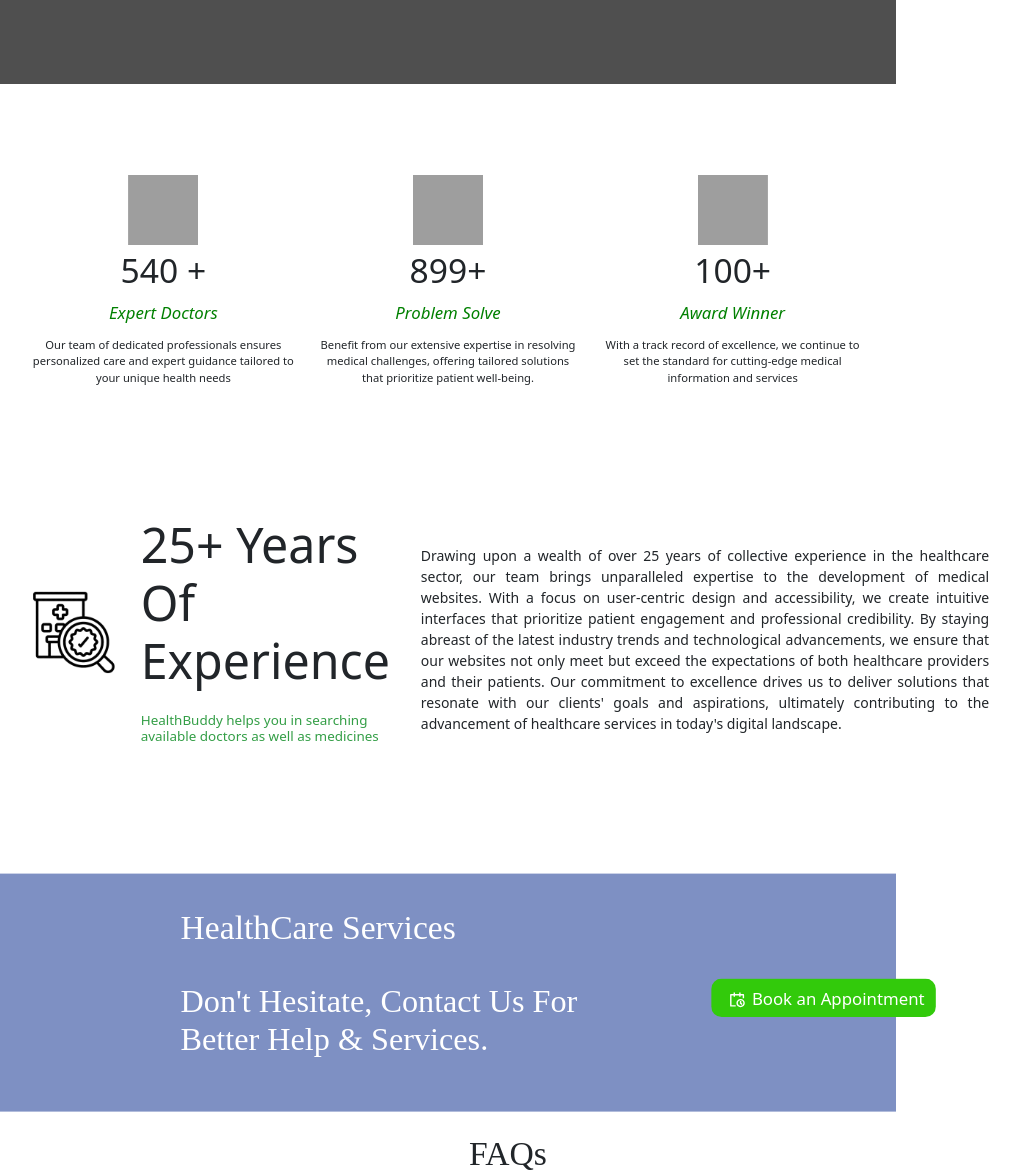
Repository: WajihaGul/MedicalApp-Frontend
Page: /
These files come from the project's save history. The page is drawn as it stood at one moment and after the next save; the edit follows.
The browser window is 1280 px wide. The page is 1457 px wide, so the pictures cover 1457 px, including what lies to the right of the window. The pictures show the part of the page from y = 600 to 2280 px (the page is 4394 px tall before and 4573 px after), at 70% of full size.
Pictures or frames that could not be fetched are drawn as grey boxes. The project was rebuilt for these pictures with package versions that can differ from the ones it lists, and the page was loaded fresh each time. Also part of the build but not shown: vite.config.js, src/index.css, src/App.css, src/Components/PharmacyGrid/PharmacyGrid.module.css, src/Components/DeletePopup/DeletePopup.module.css, src/Components/DeletePopup/DeletePopup.jsx, src/Components/PharmacyGrid/PharmacyGrid.jsx, src/Pages/Pharmacy.jsx and 38 more.

Above is the page before, as saved 2024-06-09 13:52:54.

### public/index.html
<!DOCTYPE html>
<html lang="en">
  <head>
    <meta charset="utf-8" />
    <link rel="icon" href="%PUBLIC_URL%/favicon.ico" />
    <meta name="viewport" content="width=device-width, initial-scale=1" />
    <meta name="theme-color" content="#000000" />
    <meta
      name="description"
      content="Web site created using create-react-app"
    />
    <link rel="apple-touch-icon" href="%PUBLIC_URL%/logo192.png" />

    <link rel="manifest" href="%PUBLIC_URL%/manifest.json" />

    <title>Health Buddy</title>

    <!-- Bootstrap CSS -->

    <link href="https://cdn.jsdelivr.net/npm/bootstrap@5.3.3/dist/css/bootstrap.min.css" rel="stylesheet">
  </head>
  <body>
    <noscript>You need to enable JavaScript to run this app.</noscript>
    <div id="root"></div>

  </body>
</html>

### src/Pages/Homepage.jsx
import Accomplishments from "../Components/Accomplishments/Accomplishments";
import Experience from "../Components/Experience/Experience";
import LandingPage from "./../Components/LandingPage/LandingPage";
import NavigationBar from "./../Components/NavigationBar/Navbar";
import MakeAppointment from "../Components/MakeAppointment/MakeAppointment";
import Footer from "../Components/Footer/Footer";
import Faqs from "../Components/FAQS/Faqs";

const Homepage = () => {
  return (
    <>
      <LandingPage />
      <Accomplishments />
      <Experience />
      <MakeAppointment />
      <Faqs />
    </>
  );
};

export default Homepage;

### src/Components/Layout/Layout.jsx
import React from "react";
import Navbar from "../NavigationBar/Navbar";
import Footer from "../Footer/Footer";

const Layout = ({ children }) => {
  return (
    <div>
      <Navbar />
      <main>{children}</main>
      <Footer />
    </div>
  );
};

export default Layout;

### src/Components/Accomplishments/Accomplishments.jsx
import styles from "./Accomplishments.module.css";

const Accomplishments = () => {
  return (
    <div className={styles.container}>
      <div className={styles.innerContainer}>
        <div className={styles.column1}>
          <img
            className={styles.cols_img}
            src="https://medi-dove.netlify.app/img/counter/counter-icon-7.png"
            alt=""
          />

          <p className={styles.explanationi}>540 + </p>

          <p className={styles.explanationii}>Expert Doctors</p>

          <p className={styles.explanationiii}>
            Our team of dedicated professionals ensures personalized care and
            expert guidance tailored to your unique health needs
          </p>
        </div>

        <div className={styles.column1}>
          <img
            className={styles.cols_img}
            src="https://medi-dove.netlify.app/img/counter/counter-icon-9.png"
            alt=""
          />

          <p className={styles.explanationi}>899+</p>

          <p className={styles.explanationii}>Problem Solve</p>

          <p className={styles.explanationiii}>
            Benefit from our extensive expertise in resolving medical
            challenges, offering tailored solutions that prioritize patient
            well-being.
          </p>
        </div>

        <div className={styles.column3}>
          <img
            className={styles.cols_img}
            src="https://medi-dove.netlify.app/img/counter/counter-icon-83.png"
            alt=""
          />

          <p className={styles.explanationi}>100+</p>

          <p className={styles.explanationii}>Award Winner</p>

          <p className={styles.explanationiii}>
            With a track record of excellence, we continue to set the standard
            for cutting-edge medical information and services
          </p>
        </div>
      </div>
    </div>
  );
};

export default Accomplishments;

### src/Components/Experience/Experience.jsx
import styles from "./Experience.module.css";

const Experience = () => {
  return (
    <>
      <div className={styles.container}>
        <div className={styles.divimg}>
          <img
            className={styles.eimg}
            src="/Assets/Experience_image.png"
            alt="logo here"
          />
        </div>

        <div>
          <h1 className={styles.ehead1}>25+ Years Of Experience</h1>
          <br />
          <h6 className={styles.ehead6}>
            HealthBuddy helps you in searching available doctors as well as
            medicines
          </h6>
        </div>
        <div>
          <p className={styles.story_p}>
            Drawing upon a wealth of over 25 years of collective experience in
            the healthcare sector, our team brings unparalleled expertise to the
            development of medical websites. With a focus on user-centric design
            and accessibility, we create intuitive interfaces that prioritize
            patient engagement and professional credibility. By staying abreast
            of the latest industry trends and technological advancements, we
            ensure that our websites not only meet but exceed the expectations
            of both healthcare providers and their patients. Our commitment to
            excellence drives us to deliver solutions that resonate with our
            clients' goals and aspirations, ultimately contributing to the
            advancement of healthcare services in today's digital landscape.
          </p>
        </div>
      </div>
    </>
  );
};
export default Experience;

### src/Components/LandingPage/LandingPage.jsx
import React from "react";
import "bootstrap/dist/css/bootstrap.min.css";
import { Carousel } from "react-bootstrap";
import styles from "./LandingPage.module.css";

const LandingPage = () => {
  return (
    <Carousel>
      <Carousel.Item>
        <img
          className={styles.dblock}
          src="https:hips.hearstapps.com/hmg-prod/images/types-of-doctors-1600114658.jpg?crop=0.974xw:0.729xh;0,0&resize=1200:*"
          alt="First slide"
        />
        <Carousel.Caption>
          <h3 className={styles.sliders_h}>Welcome to HealthBuddy</h3>
          <p className={styles.sliders_p}>
            We are dedicated to providing compassionate care and innovative
            medical solutions tailored to your needs.
          </p>
        </Carousel.Caption>
      </Carousel.Item>
      <Carousel.Item>
        <img
          className={styles.dblock}
          src="https://medi-dove.netlify.app/img/home4/about/overlap.png"
          alt="Second slide"
        />
        <Carousel.Caption>
          <h3 className={styles.sliders_h}>
            Find Trusted Doctors in Your Area
          </h3>
          <p className={styles.sliders_p}>
            Whether you need a primary care physician, specialist, or allied
            healthcare provider, we've got you covered.
          </p>
        </Carousel.Caption>
      </Carousel.Item>
      <Carousel.Item>
        <img
          className={styles.dblock}
          src="https://drz0f01yeq1cx.cloudfront.net/1714474335549-158e1cf4-d33e-41ef-afb5-0ab23aea778c-4929.png"
          alt="Third slide"
        />
        <Carousel.Caption>
          <h3 className={styles.sliders_h}>Convenient Pharmacy Services</h3>
          <p className={styles.sliders_p}>
            Our pharmacy services make it easy to access the medications you
            need, right from the comfort of your own home.
          </p>
        </Carousel.Caption>
      </Carousel.Item>
    </Carousel>
  );
};

export default LandingPage;

### src/Components/MakeAppointment/MakeAppointment.jsx
import styles from "./MakeAppointment.module.css";
import { Link } from "react-router-dom";
import { RiCalendarScheduleLine } from "react-icons/ri";

const MakeAppointment = () => {
  return (
    <>
      <div className={styles.container}>
        <div className={styles.divii}>
          <h3 className={styles.head3}>HealthCare Services</h3>
          <h1 className={styles.head1}>
            Don't Hesitate, Contact Us For Better Help & Services.
          </h1>
        </div>

        <div className={styles.ButtonHere}>
          <Link to="/appointment">
            <button className={styles.mbutton} type="button">
              <RiCalendarScheduleLine className={styles.micon} />
              Book an Appointment
            </button>
          </Link>
        </div>
      </div>
    </>
  );
};

export default MakeAppointment;

### src/Components/Accomplishments/Accomplishments.module.css
.container {
    max-width: 100%;
    padding: 30px;
    display: flex;
    flex-direction: column;
    align-items: center;
  }

  .innerContainer {
    display: flex;
    flex-wrap: wrap;
    justify-content: center;
    gap: 30px; /* Add gap between columns */
  }

  .column1, .column2, .column3 {
    width: calc(33.33% - 30px); /* Adjust column width for responsiveness */
    text-align: center;
  }

  .cols_img {
    width: 100px; /* Adjust image size */
    height: 100px; /* Adjust image size */
  }

  .explanationi {
    font-size: 3em; /* Adjust font size */
  }

  .explanationii {
    color: green;
    font-size: 1.5em; /* Adjust font size */
    font-style: italic;
    margin-top: -10px; /* Adjust margin */
  }

  .explanationiii {
    font-size: 1em; /* Adjust font size */
    text-align: center;
  }

### src/Components/Experience/Experience.module.css
.container{
  margin: 0 auto;
  width: 1200px;
  margin-top: 138px;
  display: flex;
  flex-direction: row;
  margin-bottom: 138px;
}

.logo, .experience , .story{
  margin: 10px;
  height: 100px !important;
}

.story_p{
  padding: 44px;
    text-align: justify;
    font-size: 20px;
    width: 900px;
}
.divimg{

}
.ehead1{
  font-size: 69px;
}

.ehead6{
color: #339e46 ;
font-size: larger;
}
.eimg{
  height: 131px;
  margin-bottom: 102px;
  margin-top: 102px;
  padding-right: 30px;
}

### src/Components/LandingPage/LandingPage.module.css
.carousel {
  overflow: hidden; /* Hide any overflow */
}

.carousel-item img {
  max-width: 100%; /* Ensure images don't exceed the width of the container */
  max-height: 100vh; /* Adjust the height as needed to fit within the viewport */
  margin: auto; /* Center the images horizontally */
}

.dblock{
  height: 100vh;
  width: 100%;
  margin-bottom: 100px;
  filter: brightness(0.5);
}

.sliders_p{
  font-size: 48px;
  color: white;
  width: 1462px;
  text-align: center;
  padding-bottom: 156px;
  font-family: serif;
}

.sliders_h{
  font-size: 48px;
  font-family: serif;
}

### src/Components/NavigationBar/Navbar.module.css
nav {
  position: fixed;
  top: 0;
  left: 0;
  width: 100%;
  display: flex;
  justify-content: space-between;
  align-items: center;
  height: 80px;
  padding: 0 30px;
  background-color: #4f4fa1;
  box-shadow: 0px 4px 10px rgba(0, 0, 0, 0.1);
  z-index: 10;
}

.allnav {
display: flex;
align-items: center;
gap: 200px;
margin-right: 190px;
}

.navLinks {
display: flex;
gap: 53px;
list-style-type: none;
margin: 0;
padding: 0;
font-size: x-large;
box-sizing: border-box;
font-family: cursive;
font-weight: 800;
text-decoration: none !important;
}
.navLinksColor {
color: white;
}
.navLinks a{
text-decoration: none !important;
}
.navbar-item {
position: relative;
}


.navbar-item a {
text-decoration: none !important;
color: #fff;
font-weight: bold;
padding: 15px 20px;
border-radius: 10px;
transition: background-color 0.3s ease;
}


.navbar-item a:hover {
background-color: rgba(255, 255, 255, 0.2); /* Semi-transparent background on hover */
}

.customButton {
background-color: #f0f1ff;
  border: none;
  font-family: cursive;
  color: #2259b1;
  padding: 0px 32px;
  text-align: center;
  text-decoration: none;
  display: inline-block;
  margin: 4px 2px;
  cursor: pointer;
  border-radius: 4px;
  transition-duration: 0.4s;
  font-size: x-large;
  height: 54px;
  font-weight: 700;
}

.btn-primary.btn-lg:hover {
transform: scale(1.05); /* Scale button on hover */
}

.logo {
display: flex;
align-items: center;
}

.nav_img {
height: 47px;
margin-right: 20px;
margin-top: -9px;
margin-right: 14px;
}

.nav_head {
font-size: 2.5rem;
margin-left: -12px;
color:#ffffff;
font-family: cursive;
margin-bottom: 1px;
font-weight: 800;
font-size: xx-large;
}
/* Navbar.module.css */
.custom-modal-content {
height: 500px; /* Increase the height as needed */
}

/* Center the modal vertically */
.modal-dialog-centered {
display: flex;
align-items: center;
min-height: calc(100% - 1rem);
}

### src/Components/MakeAppointment/MakeAppointment.module.css
.container{
    background-color: rgb(126 144 195);
    height: 340px;
}
.head3{
    color: white;
    font-family: cursive;
    margin-left: 290px;
    padding-top: 18px;
    /* width: 800px; */
    font-size: xxx-large;
    margin-right: 290px;
    padding-bottom: 18px;
}
.head1{
    margin-top: 30px;
    color: white;
    font-family: cursive;
    margin-left: 290px;
    margin-bottom: 30px;
    margin-right: 290px;
    font-size: 46px;
    width: 600px;
}

.container , .ButtonHere{
display: flex;
flex-direction: row;
}

.divii{
    margin-top: 30px;
    margin-bottom: 30px;
    margin-right: -32px;
    margin-left: -32px;
    width: 1080px;
}

.ButtonHere{
    margin:150px auto;
   }



.mbutton{
    height: 55px;
    width: 321px;
    border-color: transparent;
    font-size: x-large;
    border-radius: 15px;
    background-color: #32ca0b;
    color: white;
    padding-left: 10px;
    padding-right: 10px;
    padding-top: 8px;
    padding-bottom: 8px
}

.micon{
    margin: 9px;

}

### src/Components/Footer/Footer.module.css
.footer {
  background-color: #191931;
    padding-top: 43px;
    padding-left: 25px;
    font-family: emoji;
    color: white;
    display: flex;
    flex-direction: column;
    justify-content: space-between;
    height: 100%;
    padding-left: 80px;
    font-size: larger;
}

.footer .container {
  justify-content: space-between;
  color: white;
}

.footer_grid {
  color: white;
  display: grid;
  grid-template-columns: repeat(4, 1fr);
  grid-gap: 30px;
}

.footer_item {
  color: white;
  margin-bottom: 30px;
}

.footer_item h3 {
  color: white;
  font-size: 1.2rem;
  margin-bottom: 15px;
  color: white;
}

.footer_item p {
  color: white;
  font-size: 1rem;
  margin-bottom: 10px;
}

.footer_item ul {
  color: white;
  list-style-type: none;
  padding: 0;
}

.footer_item ul li {
  margin-bottom: 5px;
  color: white;
}

.footer_item ul li a {
  color: #333;
  text-decoration: none;
  color: white;
}

.footer_item ul li a:hover {
  color: #007bff;
}

.social_icons {
  display: flex;
  padding: 0;
  color: white;
}

.social_icons li {
  margin-right: 10px;
  color: white;
}

.social_icons li:last-child {
  margin-right: 0;
  color: white;
}

.social_icons a {
  color: white;
  font-size: 1.2rem;
  text-decoration: none;
}

.social_icons a:hover {
  color: #007bff;
}

.footer_bottom {
  background-color:  #191931;
  padding: 15px 0;
  color: white;
  text-align: center;
}

.footer_bottom p {
  margin-left: -23px;
  font-size: 0.9rem;
  color: white;
}

### src/Components/FAQS/Faqs.module.css
.faq_section {
    max-width: 1587px;
    display: flex;
    padding-left: 300px;
    padding: 300p;
    padding-top: 32px;
    align-items: center;
    margin-left: 340px;
}
  .faq_h2{
    font-size: 3rem;
    font-family: emoji;
    padding-left: 30px;
  }
  .faq_content {
    width: 60%;
  }


  .faq_item {
    margin-bottom: 30px;
    background-color: #f9f9f9;
    padding: 20px;
    border-radius: 8px;
    box-shadow: 0 4px 8px rgba(0, 0, 0, 0.1);
    transition: transform 0.3s ease;
  }

  .faq_item:hover {
    transform: translateY(-5px);
    color: #4f4fa1;
  }

  .faq-item h3 {
    font-size: 1.2rem;
    margin-bottom: 10px;
    color: #333;
  }

  .faq_item p {
    font-size: 1rem;
    line-height: 1.6;
    color: #666;
  }

Loaded but not shown: src/App.js (45 lines, source omitted); src/index.js (19 lines, source omitted); src/Components/NavigationBar/Navbar.jsx (155 lines, source omitted); src/Components/Footer/Footer.jsx (101 lines, source omitted); src/Components/FAQS/Faqs.jsx (64 lines, source omitted)

After the next save:
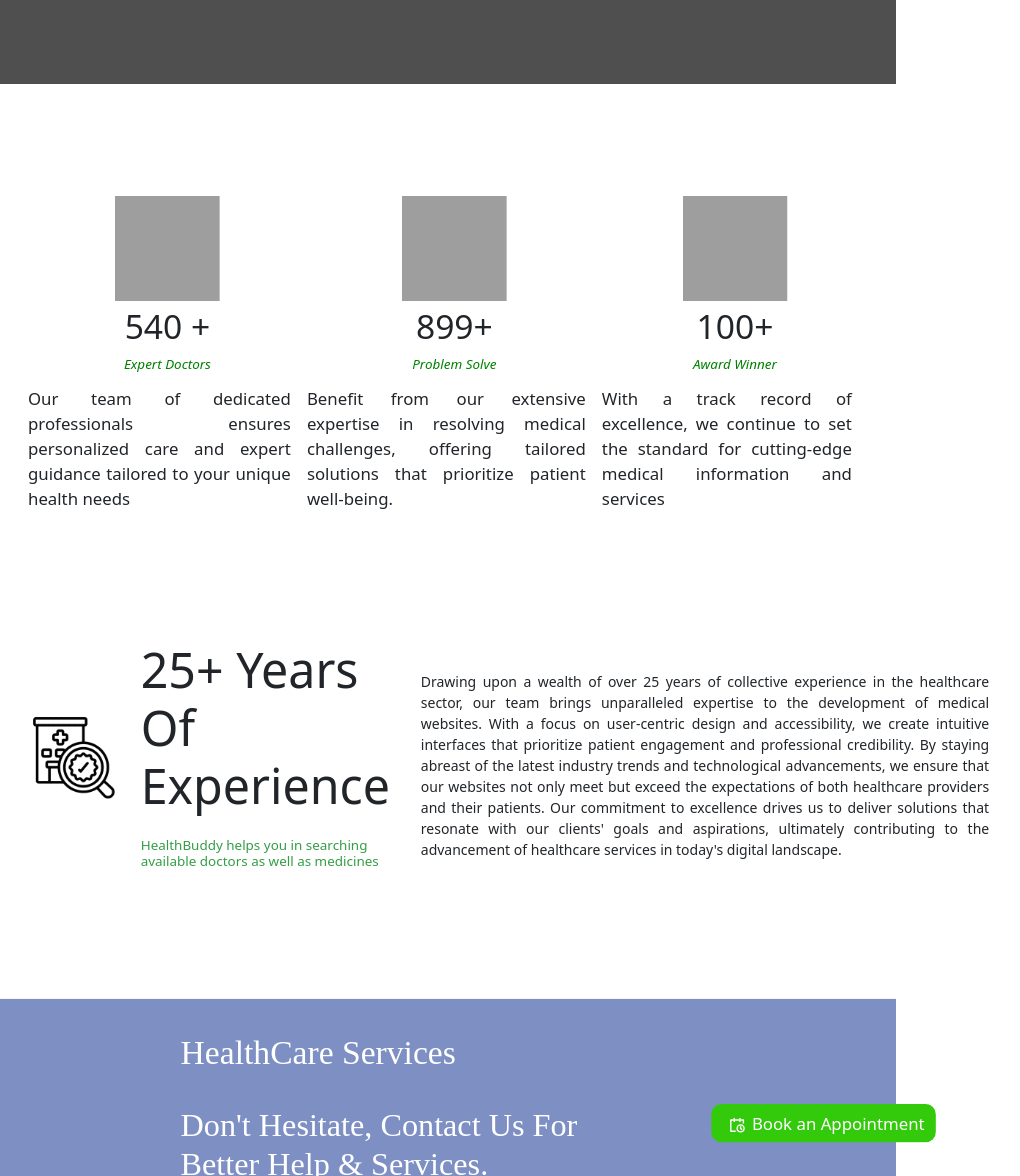
Saved 6 min 58 s later.
--- a/src/Components/Accomplishments/Accomplishments.module.css
+++ b/src/Components/Accomplishments/Accomplishments.module.css
@@ -1,40 +1,43 @@
-.container {
-    max-width: 100%;
-    padding: 30px;
+.container{
+    margin:0 auto;
+    width: 1200px;
+    padding-top: 30px;
+    padding-bottom: 30px;
+    margin-top: 30px;
     display: flex;
     flex-direction: column;
+}
+.innerContainer{
+    display: flex;
+    flex-direction: row;
+}
+.column1 , .column2 , .column3{
+    display: flex;
+    flex-direction: column;
+    justify-content: center;
     align-items: center;
-  }
+}
+.explanationi{
+    font-size: xxx-large;
+    font-weight: 700px;
+}
 
-  .innerContainer {
-    display: flex;
-    flex-wrap: wrap;
-    justify-content: center;
-    gap: 30px; /* Add gap between columns */
-  }
+.explanationii{
+    color: green;
+    font-size: larger;
+    font-style: italic;
+    margin-top: -12px;
+}
 
-  .column1, .column2, .column3 {
-    width: calc(33.33% - 30px); /* Adjust column width for responsiveness */
-    text-align: center;
-  }
+.explanationiii{
+    text-align: justify;
+    margin-right: 23px;
+    font-size:24px;
+}
 
-  .cols_img {
-    width: 100px; /* Adjust image size */
-    height: 100px; /* Adjust image size */
-  }
-
-  .explanationi {
-    font-size: 3em; /* Adjust font size */
-  }
-
-  .explanationii {
-    color: green;
-    font-size: 1.5em; /* Adjust font size */
-    font-style: italic;
-    margin-top: -10px; /* Adjust margin */
-  }
-
-  .explanationiii {
-    font-size: 1em; /* Adjust font size */
-    text-align: center;
-  }
+.cols_img{
+    height: 150px;
+    width: 150px;
+    align-items: center !important;
+    justify-content: center !important;
+}

After the save that followed:
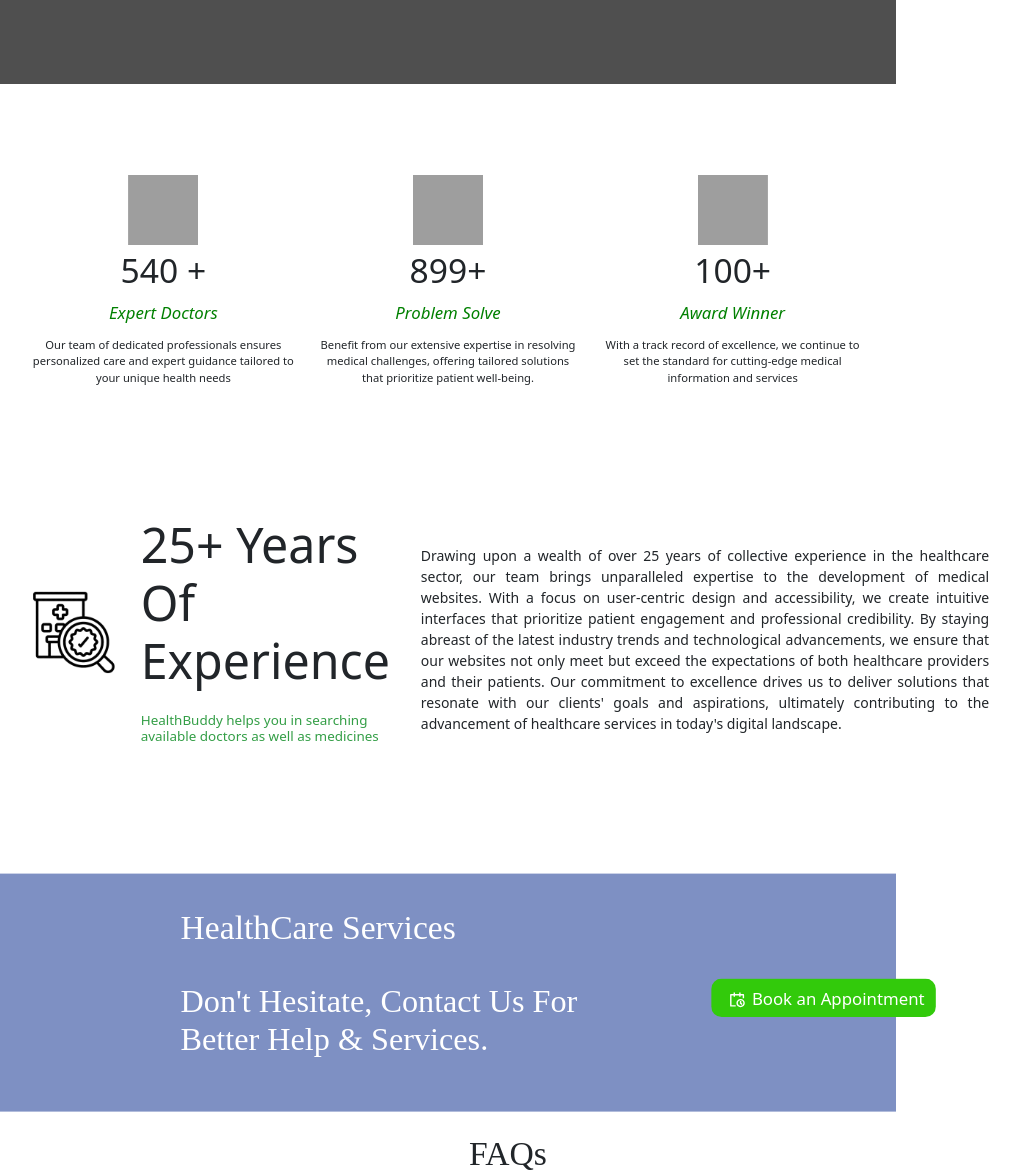
Saved 18 s later.
--- a/src/Components/Accomplishments/Accomplishments.module.css
+++ b/src/Components/Accomplishments/Accomplishments.module.css
@@ -1,43 +1,40 @@
-.container{
-    margin:0 auto;
-    width: 1200px;
-    padding-top: 30px;
-    padding-bottom: 30px;
-    margin-top: 30px;
+.container {
+    max-width: 100%;
+    padding: 30px;
     display: flex;
     flex-direction: column;
-}
-.innerContainer{
+    align-items: center;
+  }
+
+  .innerContainer {
     display: flex;
-    flex-direction: row;
-}
-.column1 , .column2 , .column3{
-    display: flex;
-    flex-direction: column;
+    flex-wrap: wrap;
     justify-content: center;
-    align-items: center;
-}
-.explanationi{
-    font-size: xxx-large;
-    font-weight: 700px;
-}
+    gap: 30px; /* Add gap between columns */
+  }
 
-.explanationii{
+  .column1, .column2, .column3 {
+    width: calc(33.33% - 30px); /* Adjust column width for responsiveness */
+    text-align: center;
+  }
+
+  .cols_img {
+    width: 100px; /* Adjust image size */
+    height: 100px; /* Adjust image size */
+  }
+
+  .explanationi {
+    font-size: 3em; /* Adjust font size */
+  }
+
+  .explanationii {
     color: green;
-    font-size: larger;
+    font-size: 1.5em; /* Adjust font size */
     font-style: italic;
-    margin-top: -12px;
-}
+    margin-top: -10px; /* Adjust margin */
+  }
 
-.explanationiii{
-    text-align: justify;
-    margin-right: 23px;
-    font-size:24px;
-}
-
-.cols_img{
-    height: 150px;
-    width: 150px;
-    align-items: center !important;
-    justify-content: center !important;
-}
+  .explanationiii {
+    font-size: 1em; /* Adjust font size */
+    text-align: center;
+  }
